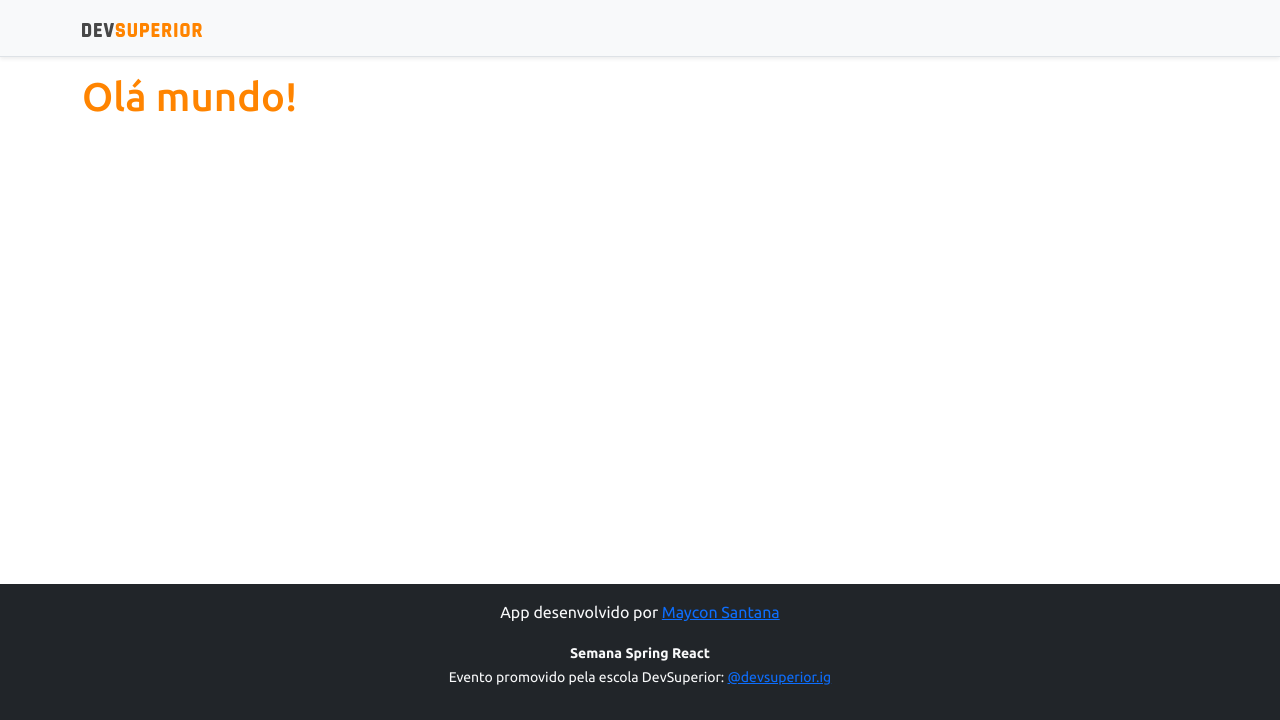
Repository: MayconInforGames2017/evento-dev-superior
Page: / (app in frontend/)
The author's editor kept a copy of each file at every save. The page is drawn from the files as they stood at one save, then again after the next save.
The browser window is 1280 px wide. The pictures show the whole page.
The project was rebuilt for these pictures with package versions that can differ from the ones it lists, and the page was loaded fresh each time.

Above is the page before, as saved 2021-09-07 12:07:17.

### frontend/public/index.html
<!DOCTYPE html>
<html lang="pt_BR">

<head>
    <meta charset="utf-8" />
    <link rel="icon" href="%PUBLIC_URL%/favicon.ico" />
    <meta name="viewport" content="width=device-width, initial-scale=1" />
    <meta name="theme-color" content="#000000" />
    <meta name="description" content="Este app foi desenvolvido na Semana Spring React" />
    <title>DSVendas</title>
</head>

<body>
    <noscript>Você precisa habilitar o JavaScript.</noscript>
    <div id="root"></div>
</body>

</html>

### frontend/src/assets/css/styles.css
@import url('https://fonts.googleapis.com/css2?family=Ubuntu:wght@300;400;500;700&display=swap');
:root {
    --color-primary: #FF8400;
}

html,
body {
    height: 100%;
    font-family: "Ubuntu", sans-serif;
}

#root {
    display: flex;
    flex-direction: column;
    height: 100%;
}

.content {
    flex: 1 0 auto;
}

.footer {
    flex-shrink: 0;
    text-align: center;
}

.bg-primary {
    background-color: var(--color-primary) !important;
}

.text-primary {
    color: var(--color-primary) !important;
}

### frontend/src/App.tsx
import Footer from "components/Footer";
import NavBar from "components/NavBar";

function App() {
  return (
    <>
      <NavBar/>
      <div className="container">
        <h1 className="text-primary">Olá mundo!</h1>
      </div>
      <Footer/>
    </>
  );
}

export default App;

### frontend/src/components/Footer/index.tsx
const Footer = () => {
    return (
        <footer className="footer mt-auto py-3 bg-dark">
            <div className="container">
                <p className="text-light">App desenvolvido por <a href="https://github.com/MayconInforGames2017" target="_blank" rel="noreferrer">Maycon Santana</a></p>
                <p className="text-light"><small><strong>Semana Spring React</strong><br/>
                Evento promovido pela escola DevSuperior: <a href="https://instagram.com/devsuperior.ig" target="_blank" rel="noreferrer">@devsuperior.ig</a></small></p>
            </div>
        </footer>
    );
  }

  export default Footer;

### frontend/src/components/NavBar/index.tsx
import ImgDsDark from 'assets/img/ds-dark.svg';

const NavBar = () => {
    return (
        <div className="d-flex flex-column flex-md-row align-items-center p-3 px-md-4 mb-3 bg-light border-bottom shadow-sm">
            <div className="container">
                <nav className="my-2 my-md-0 mr-md-3">
                    <img src={ImgDsDark} alt="DevSuperior" width="120" />
                </nav>
            </div>
      </div>
    );
  }

  export default NavBar;

### frontend/src/components/DataTable/index.tsx
const DataTable = () => {
    return (
        <div className="table-responsive">
            <table className="table table-striped table-sm">
                <thead>
                    <tr>
                        <th>Data</th>
                        <th>Vendedor</th>
                        <th>Clientes visitados</th>
                        <th>Negócios fechados</th>
                        <th>Valor</th>
                    </tr>
                </thead>
                <tbody>
                    <tr>
                        <td>22/04/2021</td>
                        <td>Barry Allen</td>
                        <td>34</td>
                        <td>25</td>
                        <td>15017.00</td>
                    </tr>
                </tbody>
            </table>
        </div>
    );
  }

  export default DataTable;

Loaded but not shown: frontend/src/index.tsx (common file)

After the next save:
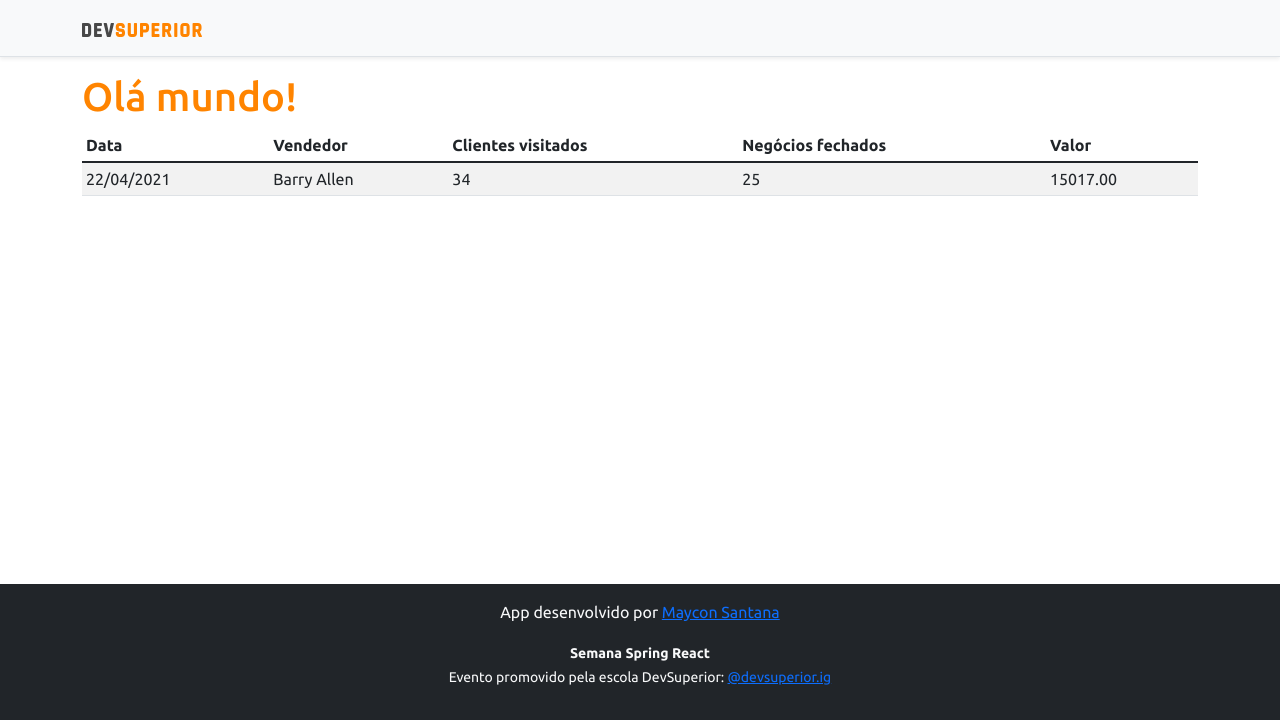
Saved 20 s later.
--- a/frontend/src/App.tsx
+++ b/frontend/src/App.tsx
@@ -1,3 +1,4 @@
+import DataTable from "components/DataTable";
 import Footer from "components/Footer";
 import NavBar from "components/NavBar";
 
@@ -7,6 +8,8 @@ function App() {
       <NavBar/>
       <div className="container">
         <h1 className="text-primary">Olá mundo!</h1>
+
+        <DataTable/>
       </div>
       <Footer/>
     </>
